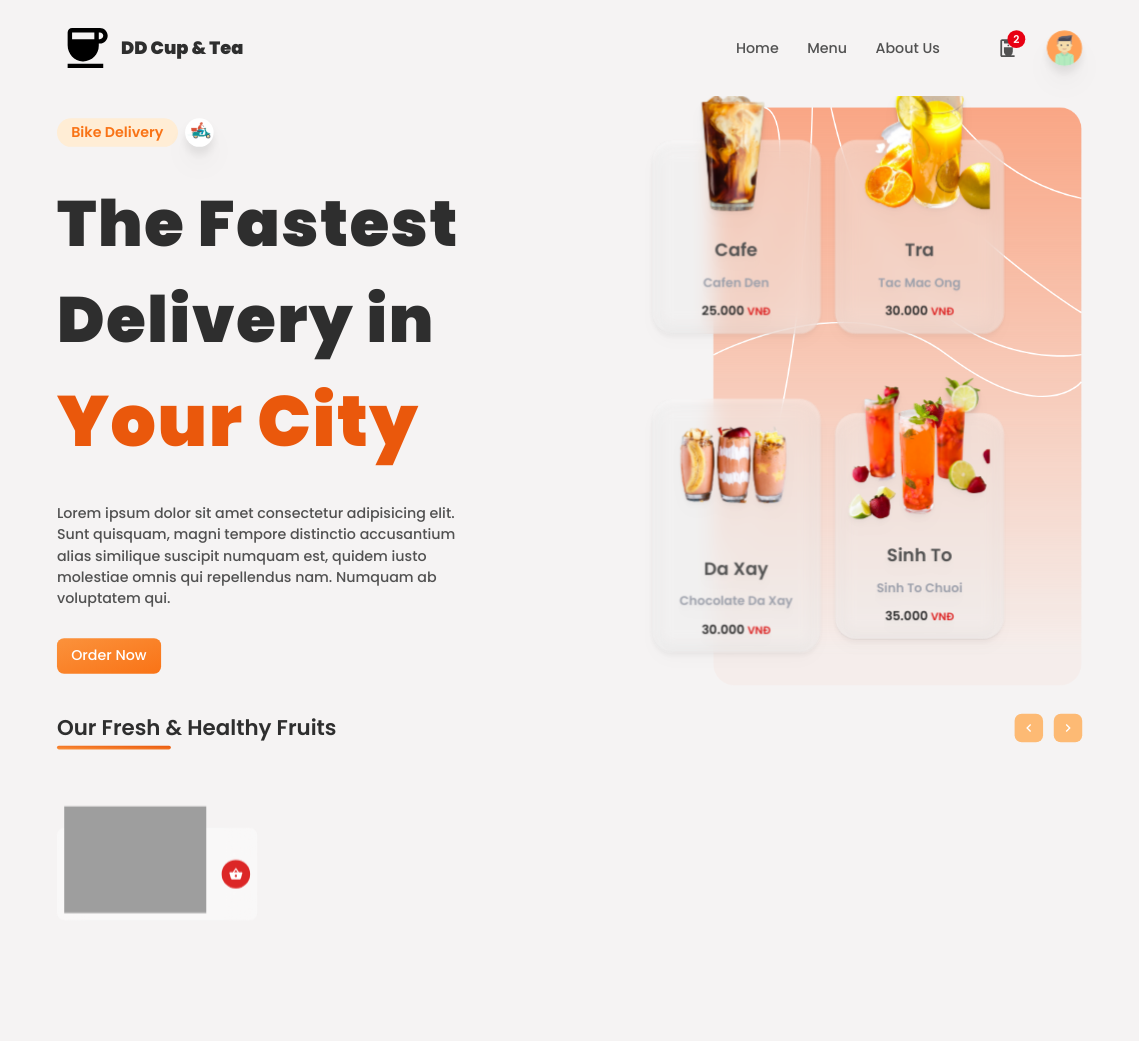
Repository: duongspm/ddcoffee
Page: /
These files come from the project's save history. The page is drawn as it stood at one moment and after a run of saves; the edit follows.
The browser window is 1280 px wide. The pictures show the whole page, at 89% of full size.
The page's requests for data from a server got no answer. The project was rebuilt for these pictures with package versions that can differ from the ones it lists, and the page was loaded fresh each time. No one was signed in, and anything a server would have sent is missing. Also part of the build but not shown: src/App.css, src/components/Loader.jsx, src/components/CreateContainer.jsx.

Above is the page before, as saved 2022-07-13 19:53:07.

After the next 2 saves:
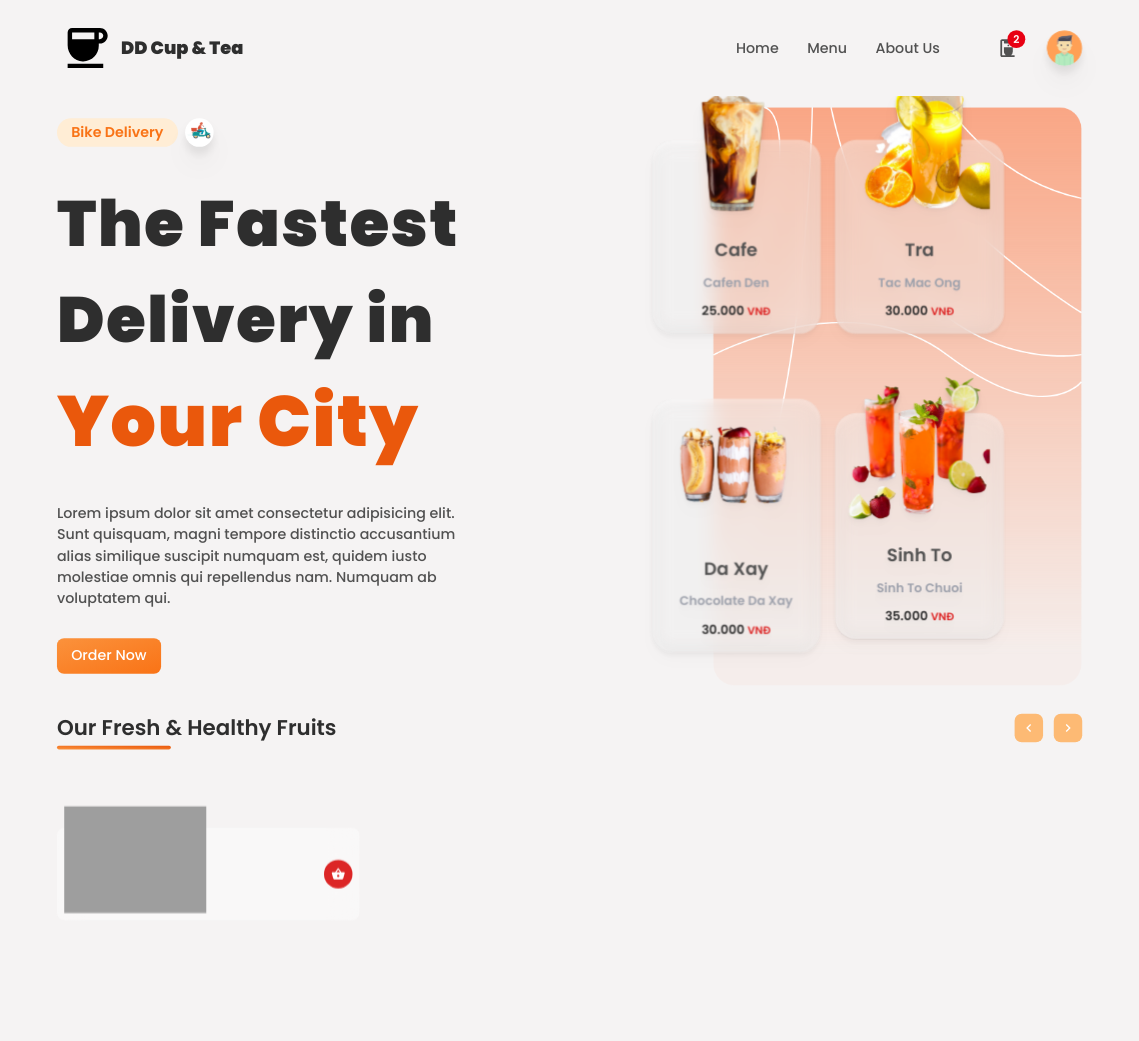
The 2 saves are shown as one change because they came seconds apart.
The last was saved 2 min 1 s later.
--- a/src/components/RowContainer.jsx
+++ b/src/components/RowContainer.jsx
@@ -5,7 +5,7 @@ import {motion} from 'framer-motion';
 const RowContainer = ({flag}) => {
     return (
         <div className={`w-full my-12 ${flag ? "overflow-x-scroll" : "overflow-x-hidden"}`}>
-            <div className='w-300 md:w-225 h-auto bg-cardOverlay rounded-lg p-2 my-12 backdrop-blur-lg'>
+            <div className='w-300 md:w-340 h-auto bg-cardOverlay rounded-lg p-2 my-12 backdrop-blur-lg'>
                 <div className='w-full flex items-center justify-between'>
                     <motion.img whileHover={{scale:1.2}} className='w-40 -mt-8' alt="addtocart" src='http://localhost:3000/static/media/bacxiu.4e050beccc5ca9bcfce2.png'/>
                     <motion.div whileTap={{scale: 0.75}} className="w-8 h-8 rounded-full bg-red-600 flex items-center justify-center cursor-pointer hover:shadow-md">
